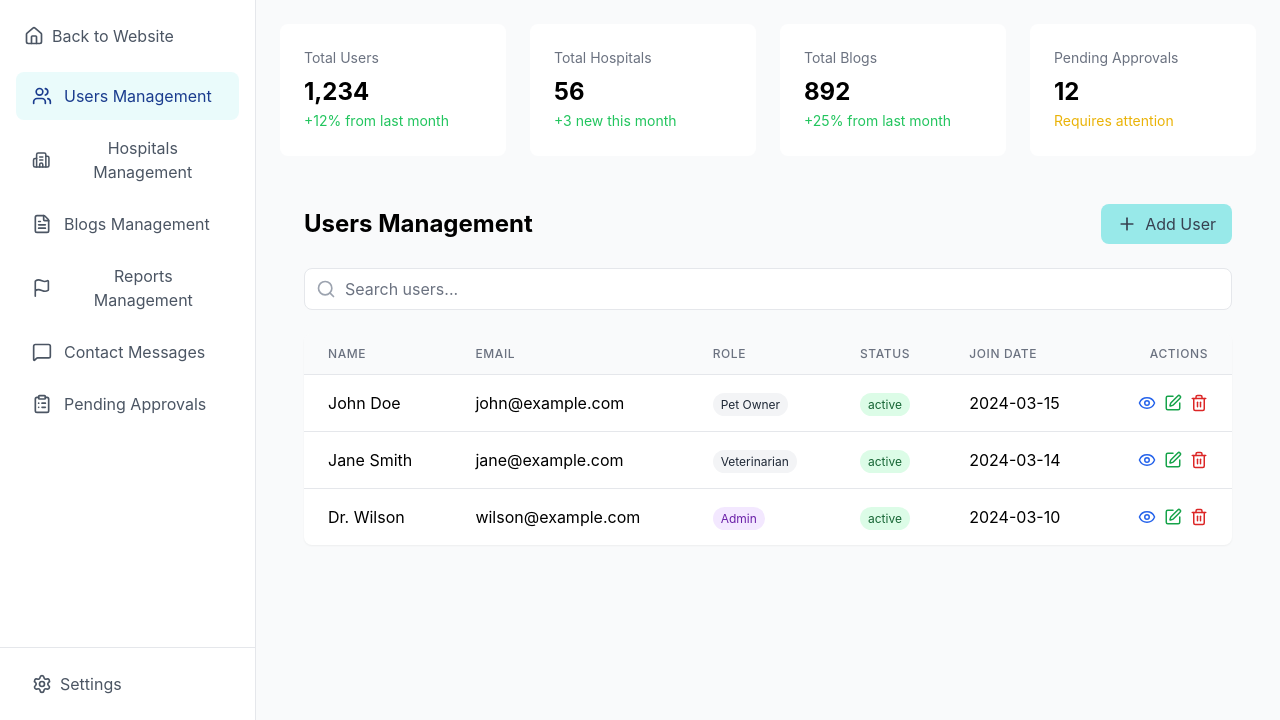
Repository: ZSayless/MyPetDoc
Page: /admin
An editor plug-in stored every save of this project. The page is shown before and after the next save, followed by the edit.
The browser window is 1280 px wide. The pictures show the whole page.
The project was rebuilt for these pictures with package versions that can differ from the ones it lists, and the page was loaded fresh each time. Also part of the build but not shown: vite.config.js, src/core/ButtonLink.js, src/components/register/SelectRoleModal.js, src/services/authService.js, src/components/register/Register.js, src/core/Overlay.js, src/components/login/Login.js, src/components/layout/Header.js and 40 more.

Above is the page before, as saved 2025-01-15 22:40:50.

After the next save:
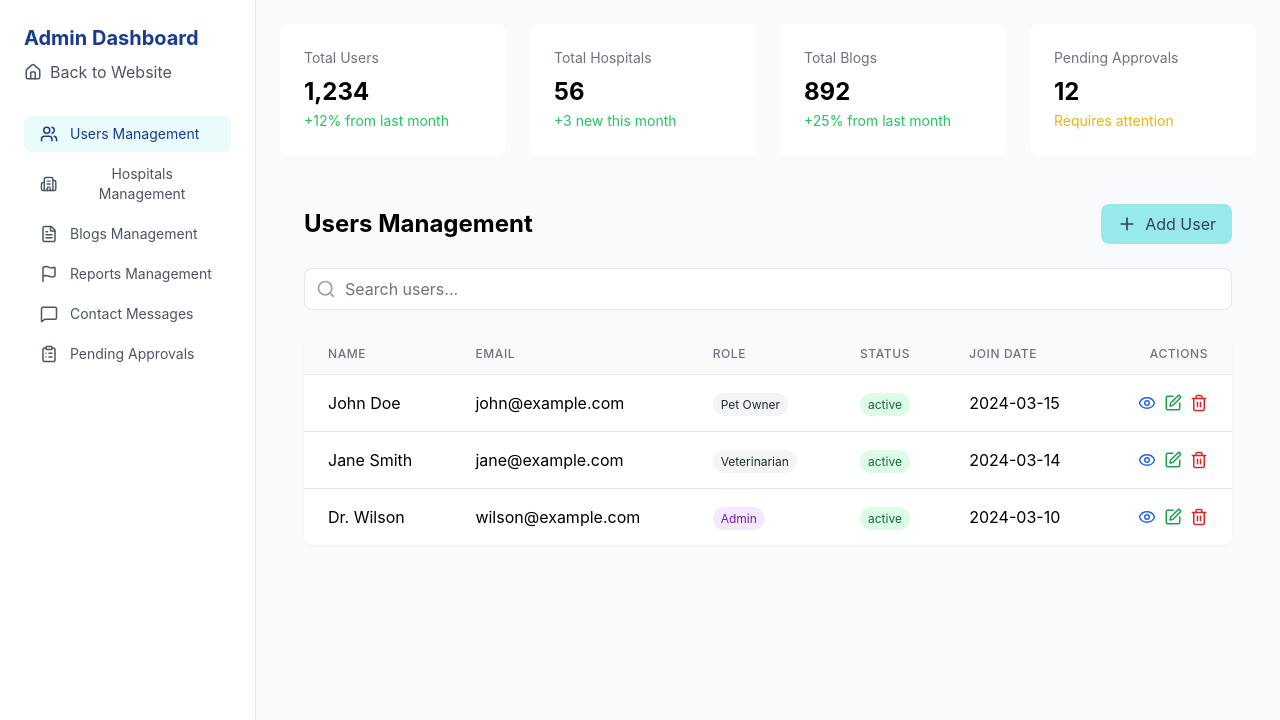
Saved 7 s later.
--- a/src/pages/admin/AdminSidebar.js
+++ b/src/pages/admin/AdminSidebar.js
@@ -6,8 +6,7 @@ import {
   Flag,
   MessageSquare,
   ClipboardList,
-  Home,
-  Settings
+  Home
 } from "lucide-react";
 
 function AdminSidebar({ activeTab, setActiveTab }) {
@@ -21,48 +20,35 @@ function AdminSidebar({ activeTab, setActiveTab }) {
   ];
 
   return (
-    <div className="h-screen flex flex-col">
-      <div className="p-6">
-        <Link
-          to="/"
-          className="flex items-center gap-2 text-gray-600 hover:text-[#1A3C8E]"
-        >
-          <Home size={20} />
-          <span>Back to Website</span>
-        </Link>
-      </div>
+    <div className="h-full p-6">
+      <h1 className="text-[#1A3C8E] text-xl font-bold mb-2">Admin Dashboard</h1>
+      <Link
+        to="/"
+        className="inline-flex items-center gap-2 text-gray-600 hover:text-[#1A3C8E] mb-8"
+      >
+        <Home size={18} />
+        <span>Back to Website</span>
+      </Link>
 
-      <nav className="flex-1 px-4 pb-4">
-        <div className="space-y-1">
-          {tabs.map((tab) => {
-            const Icon = tab.icon;
-            return (
-              <button
-                key={tab.id}
-                onClick={() => setActiveTab(tab.id)}
-                className={`w-full flex items-center gap-3 px-4 py-3 rounded-lg transition-colors ${
-                  activeTab === tab.id
-                    ? "bg-[#98E9E9]/20 text-[#1A3C8E]"
-                    : "text-gray-600 hover:bg-gray-50"
-                }`}
-              >
-                <Icon size={20} />
-                <span>{tab.name}</span>
-              </button>
-            );
-          })}
-        </div>
+      <nav className="space-y-1">
+        {tabs.map((tab) => {
+          const Icon = tab.icon;
+          return (
+            <button
+              key={tab.id}
+              onClick={() => setActiveTab(tab.id)}
+              className={`w-full flex items-center gap-3 px-4 py-2 rounded-lg text-sm transition-colors ${
+                activeTab === tab.id
+                  ? "bg-[#98E9E9]/20 text-[#1A3C8E]"
+                  : "text-gray-600 hover:bg-gray-50"
+              }`}
+            >
+              <Icon size={18} />
+              <span>{tab.name}</span>
+            </button>
+          );
+        })}
       </nav>
-
-      <div className="p-4 border-t">
-        <Link
-          to="/settings"
-          className="flex items-center gap-2 text-gray-600 hover:text-[#1A3C8E] px-4 py-2"
-        >
-          <Settings size={20} />
-          <span>Settings</span>
-        </Link>
-      </div>
     </div>
   );
 }
